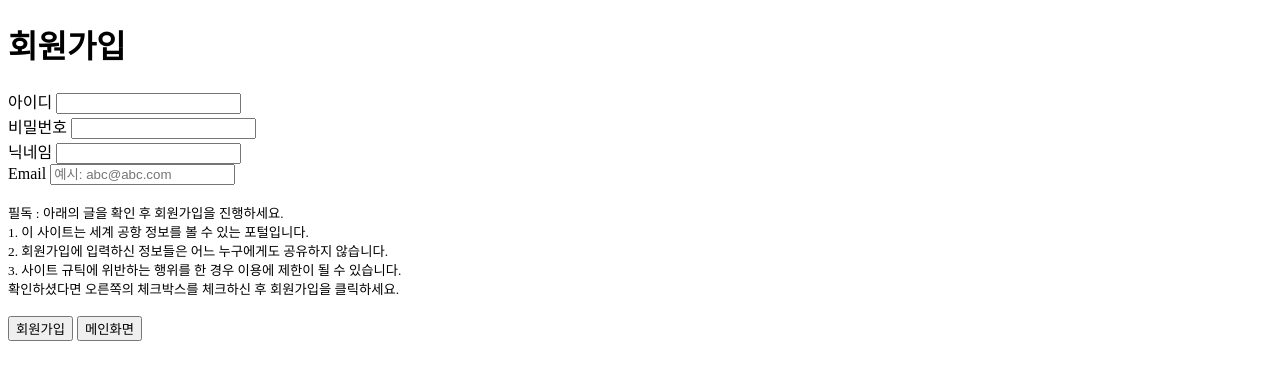
Repository: Gansaw/Airport_Portal
Page: http://localhost/signup
An editor plug-in stored every save of this project. The page is shown before and after the next save, followed by the edit.
The browser window is 1280 px wide. The pictures show the whole page.
The page is this project's Thymeleaf template; nobody is signed in. The template is opened directly, without the code that normally fills it, so the values that code supplies are empty.

Above is the page before, as saved 2023-07-27 07:06:56.

### WebServiceDevelop/WebProject/src/main/resources/templates/signup.html
<!DOCTYPE html>
<html lang="ko">

<head>
	<meta charset="UTF-8">
	<meta name="viewport" content="width=device-width, initial-scale=1.0">
	<title>회원가입</title>
</head>

<body>
	<h1>회원가입</h1>
	<form>
		<div class="grid">
			<label for="username">
				아이디
				<input type="text" id="username" name="username" required> <br/>
			</label>
			<label for="password">
				비밀번호
				<input type="password" id="password" name="password" required> <br/>
			</label>
			<label for="nickname">
				닉네임
				<input type="text" id="nickname" name="nickname" required> <br/>
			</label>
			<label for="email">Email</label>
			<input type="email" id="email" name="email" placeholder="예시: abc@abc.com" required> <br/> <br/>

			<small>필독 : 아래의 글을 확인 후 회원가입을 진행하세요.</small><br/>
			<small>1. 이 사이트는 세계 공항 정보를 볼 수 있는 포털입니다.</small><br/>
			<small>2. 회원가입에 입력하신 정보들은 어느 누구에게도 공유하지 않습니다.</small><br/>
			<small>3. 사이트 규틱에 위반하는 행위를 한 경우 이용에 제한이 될 수 있습니다.</small><br/>
			<small>확인하셨다면 오른쪽의 체크박스를 체크하신 후 회원가입을 클릭하세요.</small><br/> <br/>

			<button type="submit">회원가입</button>
			<button type="submit">메인화면</button>
	</form>
</body>

</html>

After the next save:
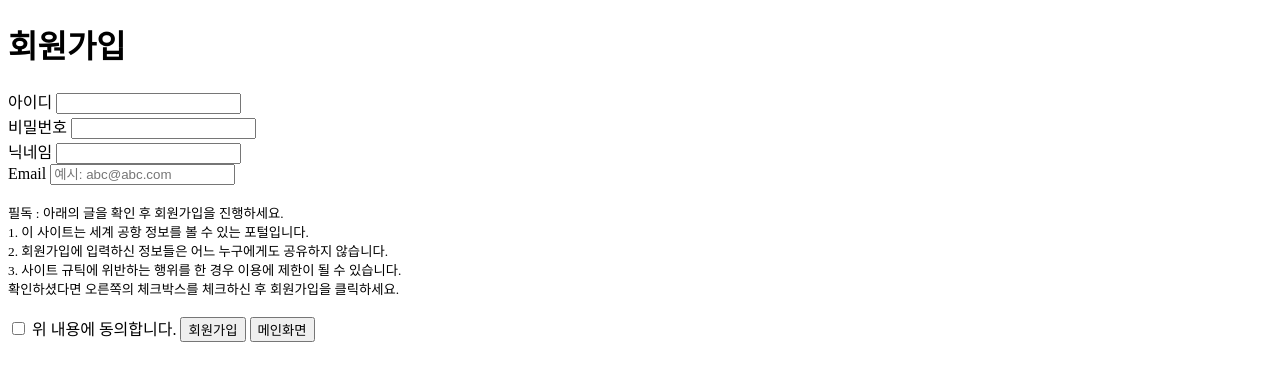
Saved 83 s later.
--- a/WebServiceDevelop/WebProject/src/main/resources/templates/signup.html
+++ b/WebServiceDevelop/WebProject/src/main/resources/templates/signup.html
@@ -32,6 +32,11 @@
 			<small>3. 사이트 규틱에 위반하는 행위를 한 경우 이용에 제한이 될 수 있습니다.</small><br/>
 			<small>확인하셨다면 오른쪽의 체크박스를 체크하신 후 회원가입을 클릭하세요.</small><br/> <br/>
 
+			<label for="agreement">
+				<input type="checkbox" id="agreement" name="agreement" required>
+				위 내용에 동의합니다.
+			</label>
+
 			<button type="submit">회원가입</button>
 			<button type="submit">메인화면</button>
 	</form>
